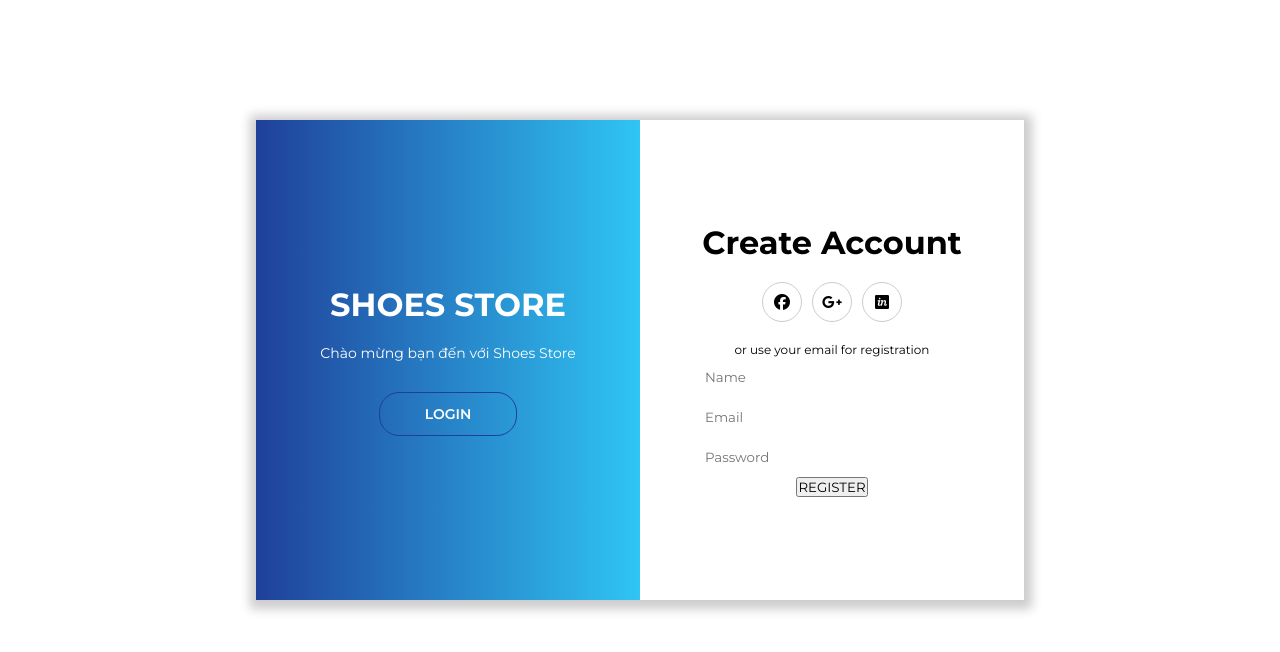
Repository: levananh202ht/Shoes-Store
Page: FondEnd/Styles/Register.html
An editor plug-in stored every save of this project. The page is shown before and after the next save, followed by the edit.
The browser window is 1280 px wide. The pictures show the whole page.

Above is the page before, as saved 2023-12-23 14:29:30.

After the next save:
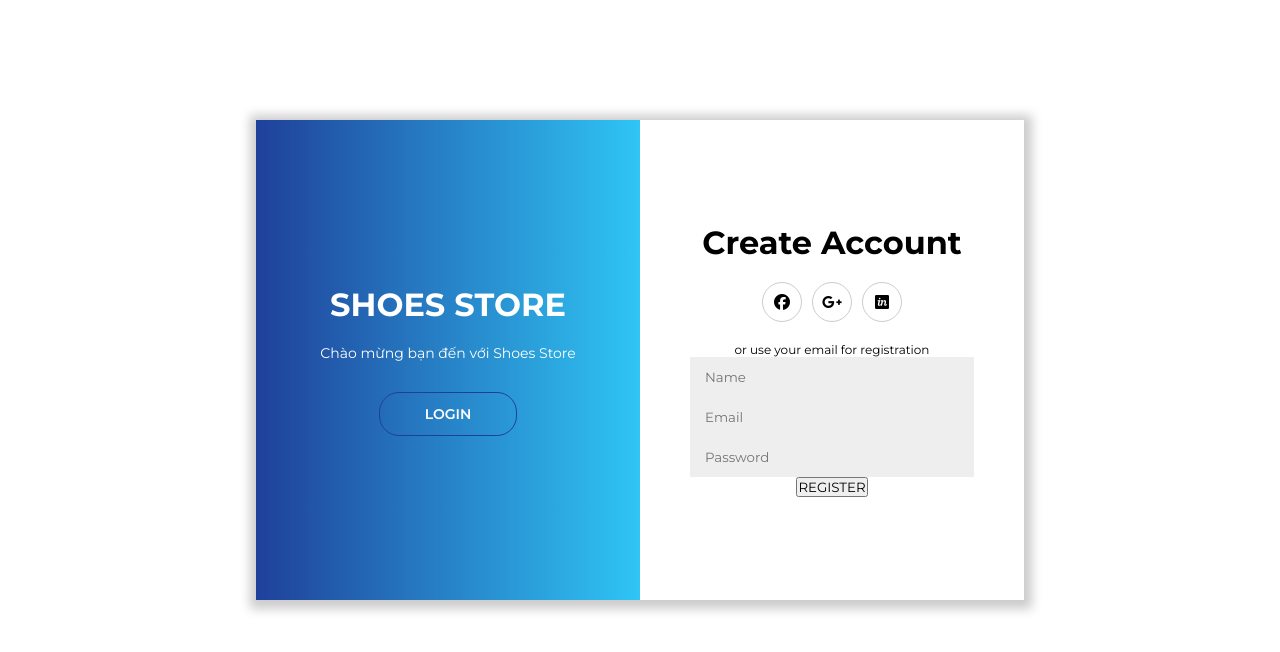
Saved 16 s later.
--- a/FondEnd/Styles/Register.css
+++ b/FondEnd/Styles/Register.css
@@ -91,7 +91,7 @@ body{
     color: #000;
 }
 .container .container_from input {
-    color: #ccc;
+    background-color: #eee;
     border: none;
     padding: 12px 15px;
     width: 100%;
